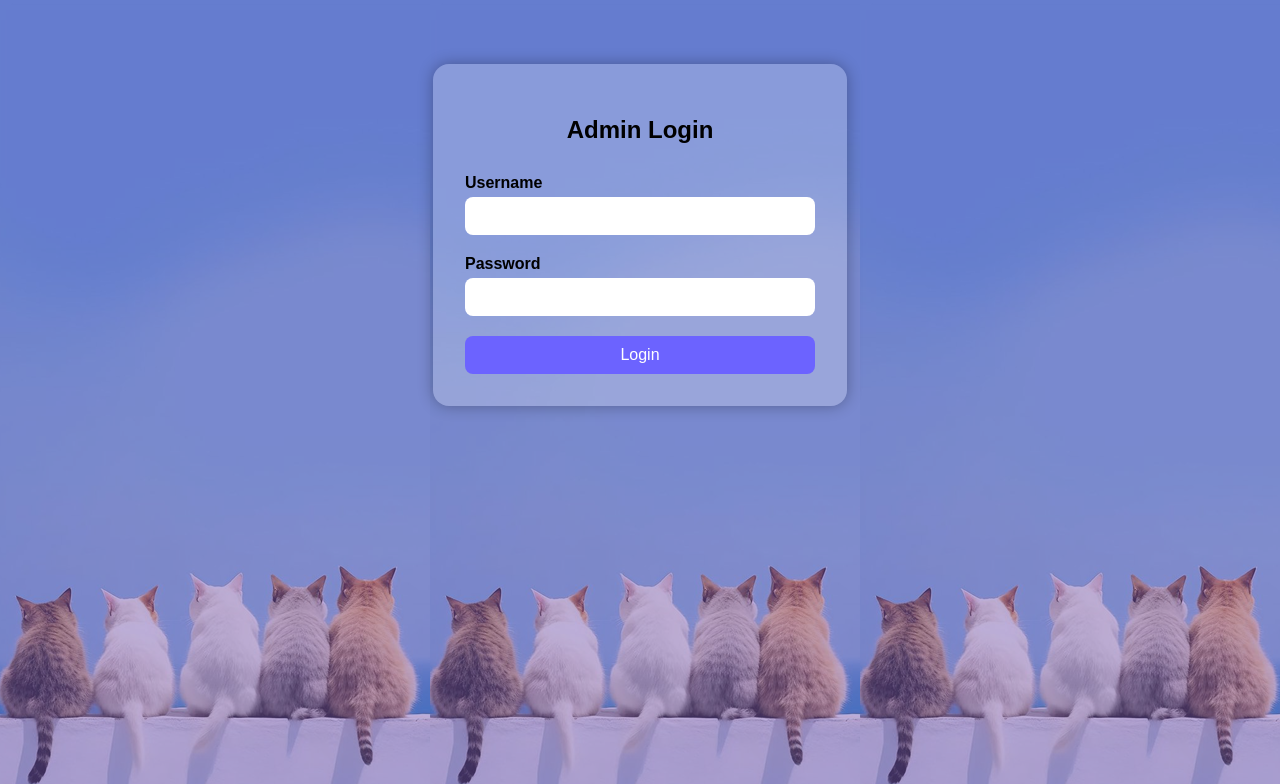
Repository: Senicccc/Shiroo-Pet-Store-Web-App
Page: http://localhost/admin/login.php
These files come from the project's save history. The page is drawn as it stood at one moment and after the next save; the edit follows.
The browser window is 1280 px wide. The pictures show the whole page.
The page is run by PHP 8.4 with error messages shown; the project is at /var/www/html/.

Above is the page before, as saved 2025-06-02 21:29:35.

After the next save:
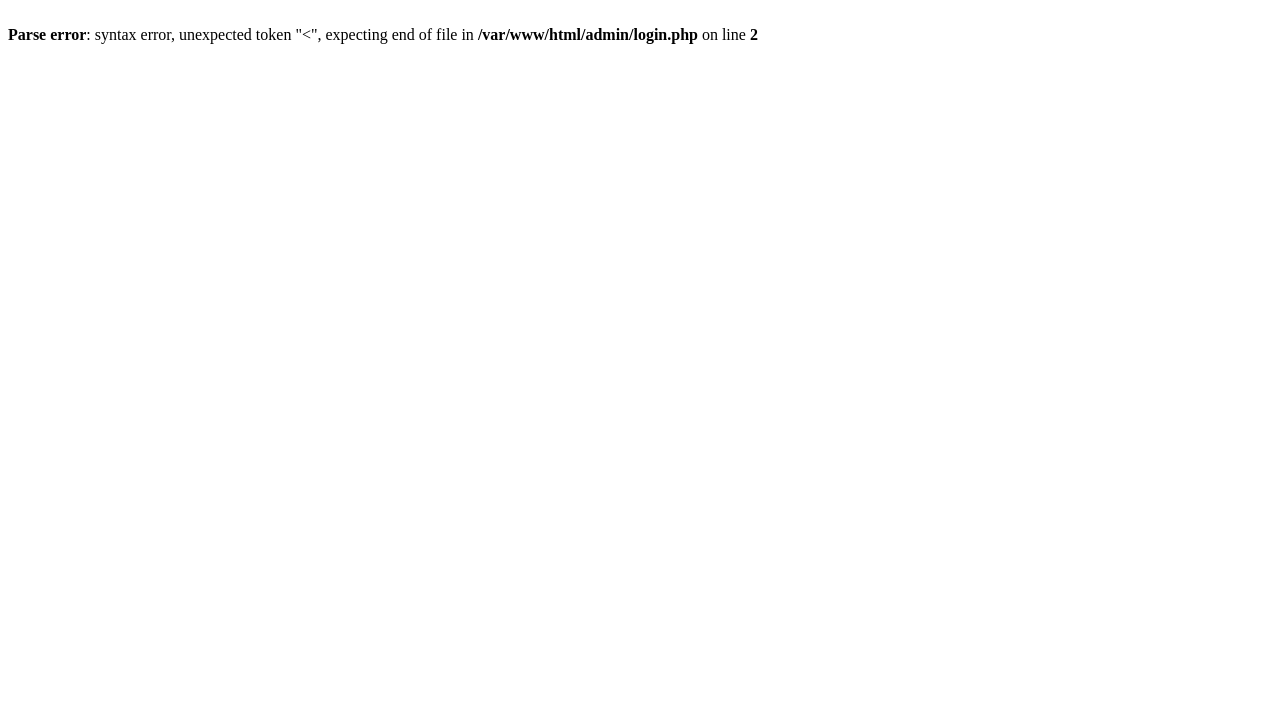
Saved 6 min 46 s later.
--- a/admin/login.php
+++ b/admin/login.php
@@ -1,24 +1,26 @@
 <?php
+<?php echo "This is admin login"; exit; ?>
+
 session_start();
 if (isset($_POST['login'])) {
-    $koneksi = new mysqli("localhost", "root", "", "shiroo_db");
+$koneksi = new mysqli("localhost", "root", "", "shiroo_db");
 
-    $username = $_POST['username'];
-    $password = $_POST['password'];
+$username = $_POST['username'];
+$password = $_POST['password'];
 
-    $query = $koneksi->prepare("SELECT * FROM admin WHERE username = ?");
-    $query->bind_param("s", $username);
-    $query->execute();
-    $result = $query->get_result();
-    $admin = $result->fetch_assoc();
+$query = $koneksi->prepare("SELECT * FROM admin WHERE username = ?");
+$query->bind_param("s", $username);
+$query->execute();
+$result = $query->get_result();
+$admin = $result->fetch_assoc();
 
-    if ($admin && password_verify($password, $admin['password'])) {
-        $_SESSION['admin_id'] = $admin['id'];
-        header("Location: dashboard.php");
-        exit;
-    } else {
-        $error = "Username atau password salah!";
-    }
+if ($admin && password_verify($password, $admin['password'])) {
+$_SESSION['admin_id'] = $admin['id'];
+header("Location: dashboard.php");
+exit;
+} else {
+$error = "Username atau password salah!";
+}
 }
 ?>
 

After the save that followed:
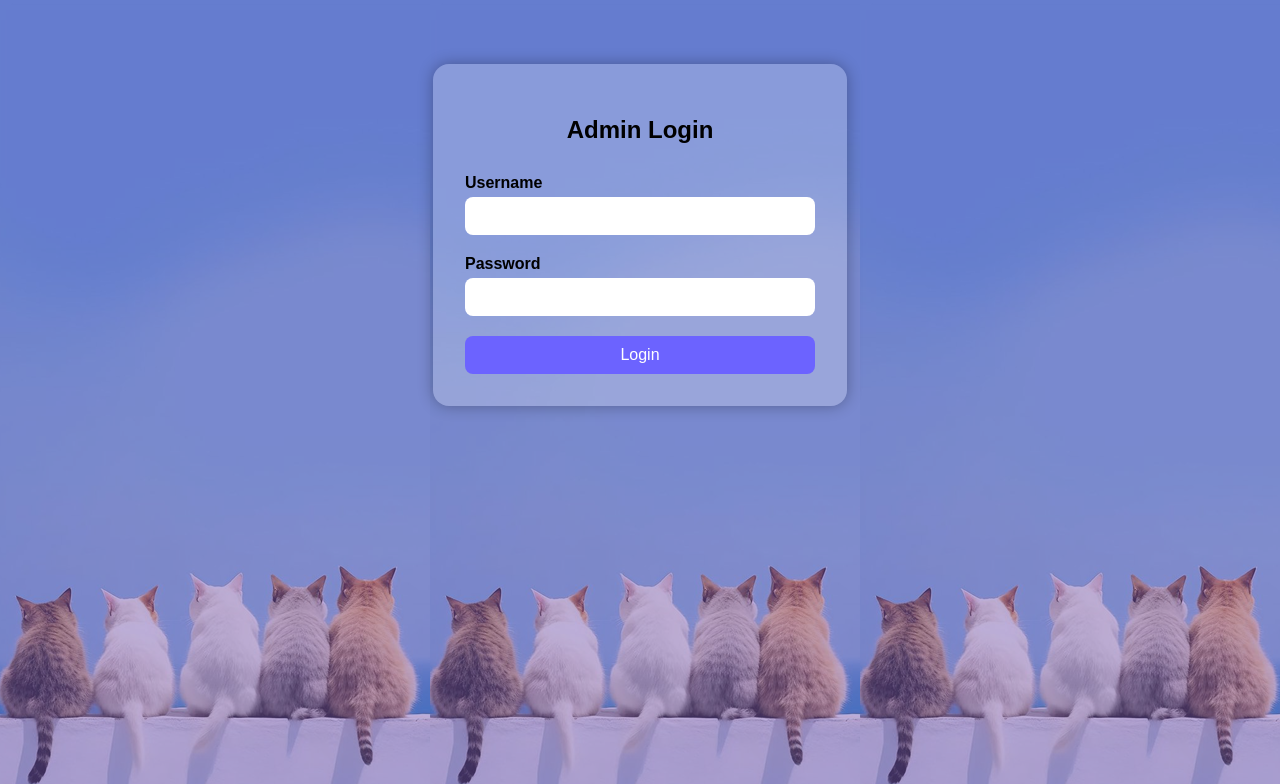
Saved 4 s later.
--- a/admin/login.php
+++ b/admin/login.php
@@ -1,26 +1,24 @@
 <?php
-<?php echo "This is admin login"; exit; ?>
-
 session_start();
 if (isset($_POST['login'])) {
-$koneksi = new mysqli("localhost", "root", "", "shiroo_db");
+    $koneksi = new mysqli("localhost", "root", "", "shiroo_db");
 
-$username = $_POST['username'];
-$password = $_POST['password'];
+    $username = $_POST['username'];
+    $password = $_POST['password'];
 
-$query = $koneksi->prepare("SELECT * FROM admin WHERE username = ?");
-$query->bind_param("s", $username);
-$query->execute();
-$result = $query->get_result();
-$admin = $result->fetch_assoc();
+    $query = $koneksi->prepare("SELECT * FROM admin WHERE username = ?");
+    $query->bind_param("s", $username);
+    $query->execute();
+    $result = $query->get_result();
+    $admin = $result->fetch_assoc();
 
-if ($admin && password_verify($password, $admin['password'])) {
-$_SESSION['admin_id'] = $admin['id'];
-header("Location: dashboard.php");
-exit;
-} else {
-$error = "Username atau password salah!";
-}
+    if ($admin && password_verify($password, $admin['password'])) {
+        $_SESSION['admin_id'] = $admin['id'];
+        header("Location: dashboard.php");
+        exit;
+    } else {
+        $error = "Username atau password salah!";
+    }
 }
 ?>
 
